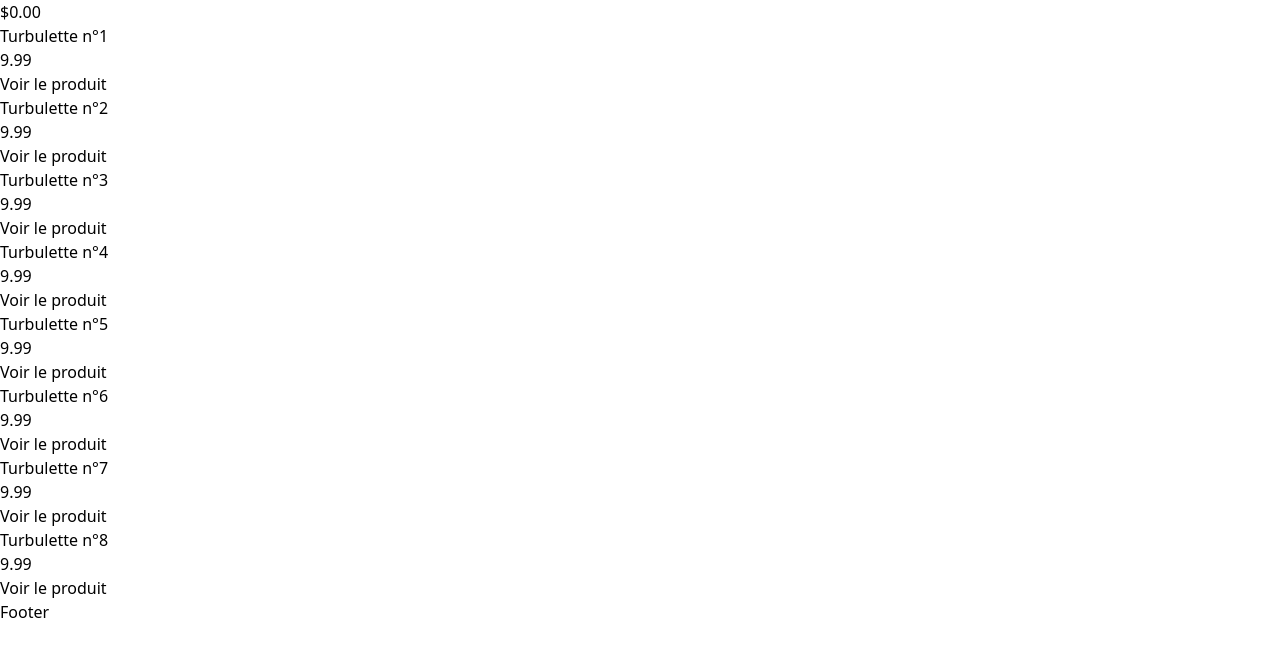
Repository: dimitrivitulin/ecommerce-next-js
Page: /
The author's editor kept a copy of each file at every save. The page is drawn from the files as they stood at one save, then again after the next save.
The browser window is 1280 px wide. The pictures show the whole page.
The page's requests for data from a server got no answer. The project was rebuilt for these pictures with package versions that can differ from the ones it lists, and the page was loaded fresh each time. The framework's server and built-in components were replaced by stand-ins that run in the browser. No one was signed in, and anything a server would have sent is missing. Also part of the build but not shown: next.config.js.

Above is the page before, as saved 2023-01-15 00:50:28.

After the next save:
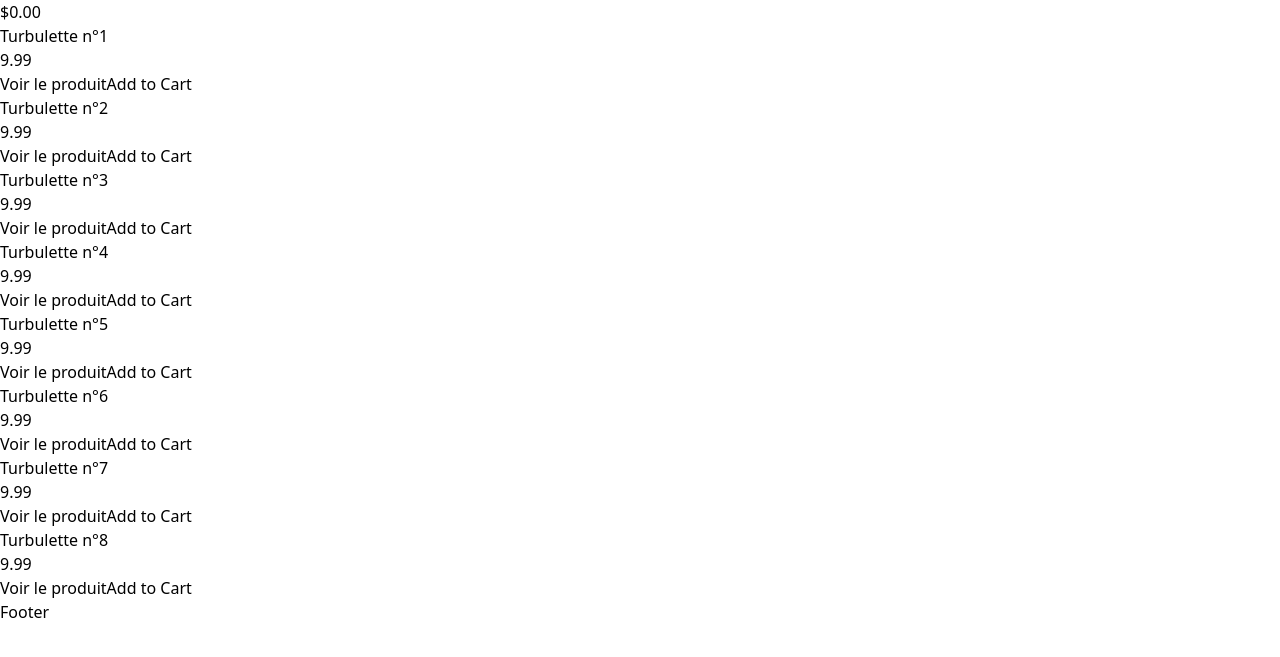
Saved 7 min 9 s later.
--- a/pages/index.js
+++ b/pages/index.js
@@ -23,6 +23,14 @@ export default function Home() {
                 <Link href={`/produits/${product.id}`}>
                   Voir le produit
                 </Link>
+                <button className="snipcart-add-item"
+                    data-item-id={product.id}
+                    data-item-image={product.image}
+                    data-item-name={product.name}
+                    data-item-price={product.price}
+                  >
+                    Add to Cart
+                  </button>
 
               </div>
             )
